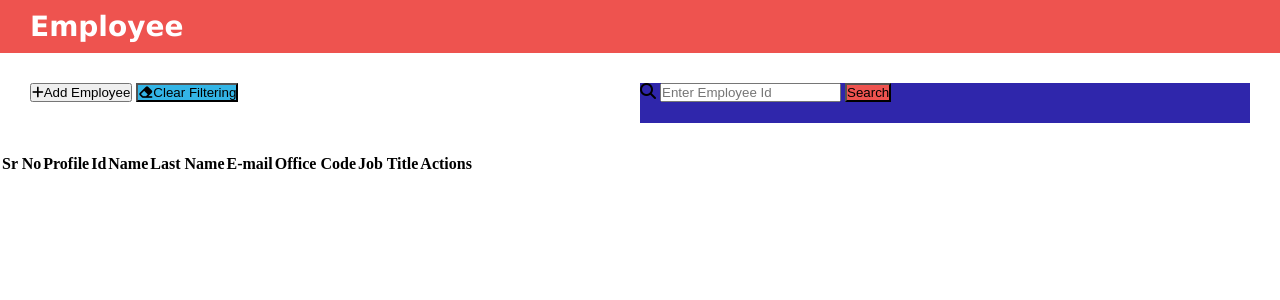
Repository: shivaniwankar21/employe_Registration
Page: index.html
These files come from the project's save history. The page is drawn as it stood at one moment and after the next save; the edit follows.
The browser window is 1280 px wide. The pictures show the whole page.

Above is the page before, as saved 2024-03-06 16:08:49.

After the next save:
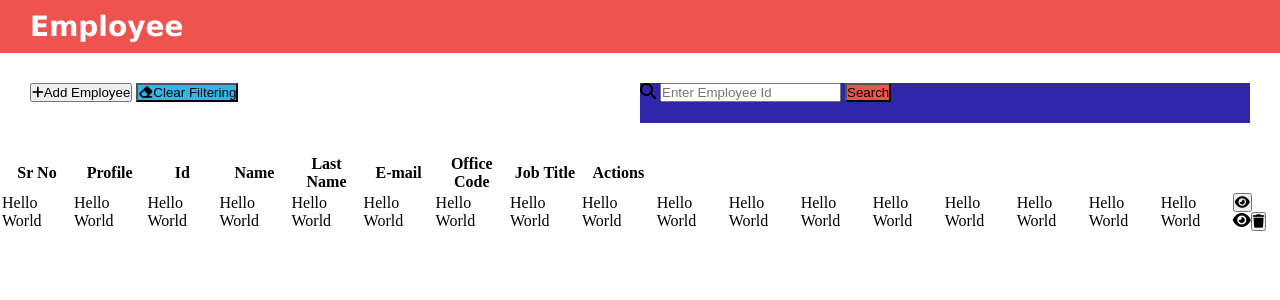
Saved 12 min 13 s later.
--- a/index.html
+++ b/index.html
@@ -39,6 +39,29 @@
         <th>Job Title</th>
         <th>Actions</th>
       </tr>
+      <tr>
+        <td>Hello World</td>
+        <td>Hello World</td>
+        <td>Hello World</td>
+        <td>Hello World</td>
+        <td>Hello World</td>
+        <td>Hello World</td>
+        <td>Hello World</td>
+        <td>Hello World</td>
+        <td>Hello World</td>
+        <td>Hello World</td>
+        <td>Hello World</td>
+        <td>Hello World</td>
+        <td>Hello World</td>
+        <td>Hello World</td>
+        <td>Hello World</td>
+        <td>Hello World</td>
+        <td>Hello World</td>
+        <td>
+          <button><i class="fa fa-eye"</button>
+            <button><i class="fa fa-trash"</button>
+        </td>
+      </tr>
     </table>
   </div>
   <script src="script.js"></script>
